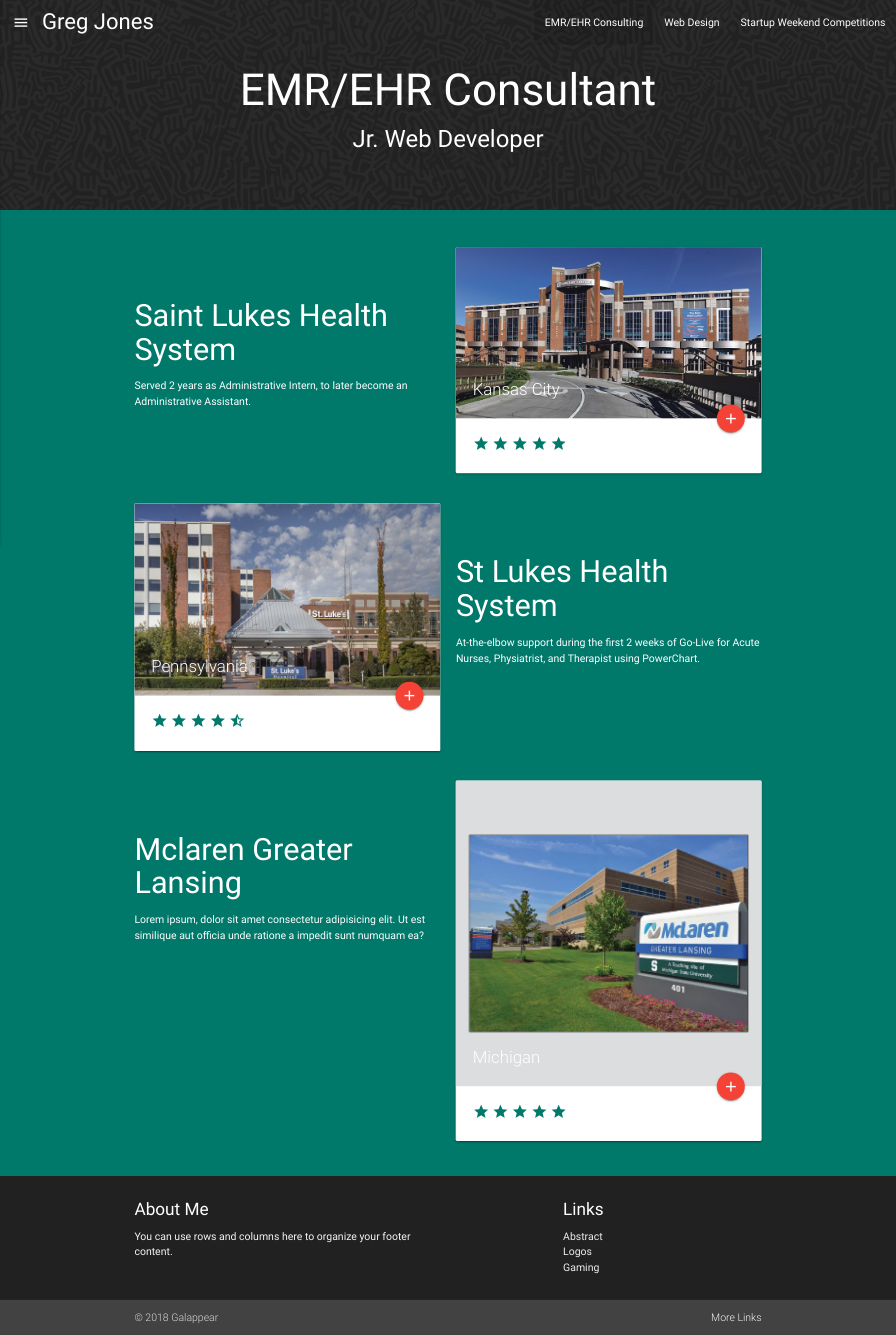
Repository: Greg919617/Existing-Portfolio
Page: index.html
The author's editor kept a copy of each file at every save. The page is drawn from the files as they stood at one save, then again after the next save.
The browser window is 1280 px wide. The pictures show the whole page, at 70% of full size.
Some web libraries are served in a nearby version.

Above is the page before, as saved 2018-06-26 16:49:18.

After the next save:
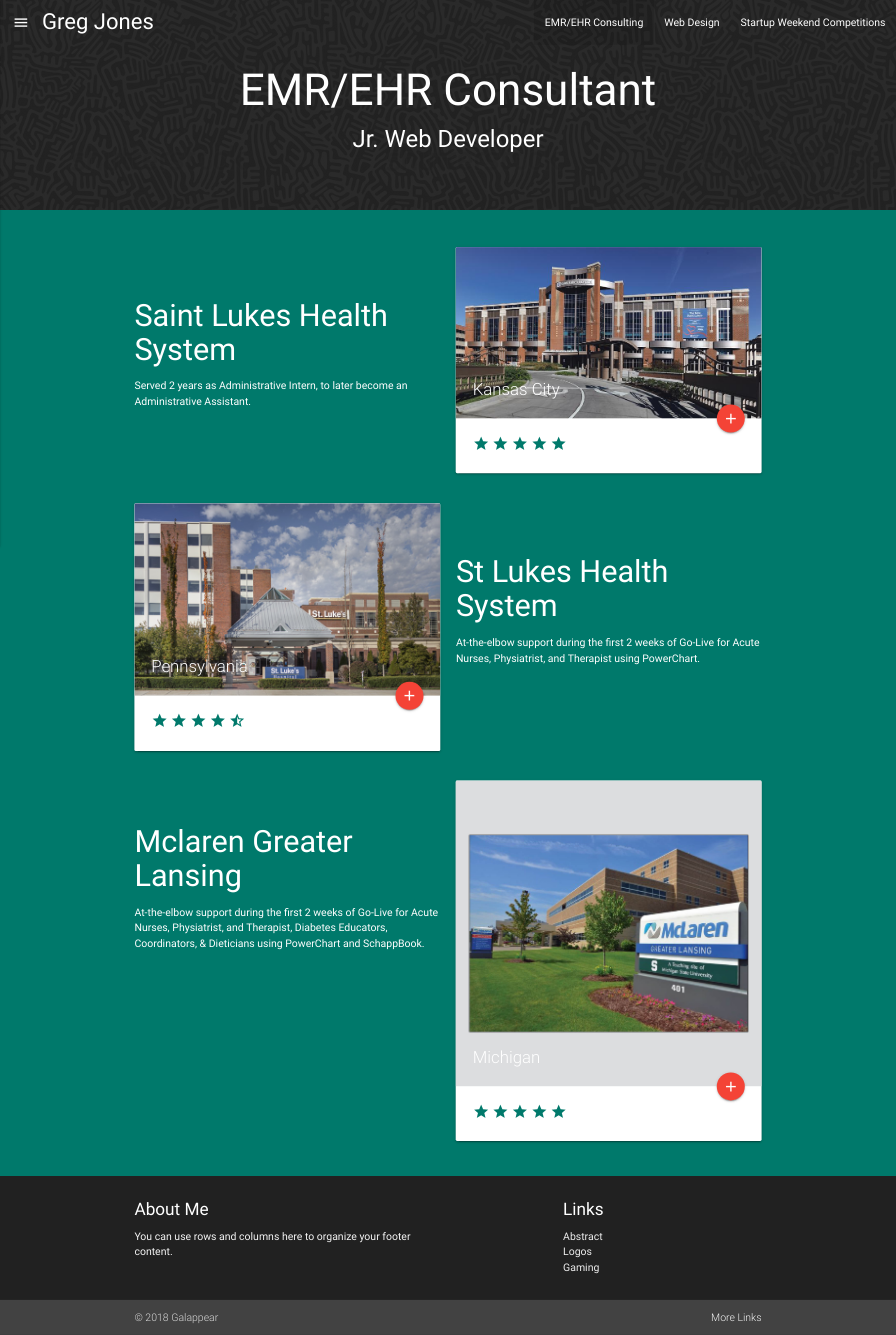
Saved 9 min 38 s later.
--- a/index.html
+++ b/index.html
@@ -118,8 +118,7 @@
         <div class="col m6 hide-on-small-only">
           <div class="img-content">
             <h3>Mclaren Greater Lansing</h3>
-            Lorem ipsum, dolor sit amet consectetur adipisicing elit. Ut est similique aut officia unde ratione a impedit sunt numquam
-            ea?
+            At-the-elbow support during the first 2 weeks of Go-Live for Acute Nurses, Physiatrist, and Therapist, Diabetes Educators, Coordinators, & Dieticians using PowerChart and SchappBook.
           </div>
         </div>
         <div class="col m6">
